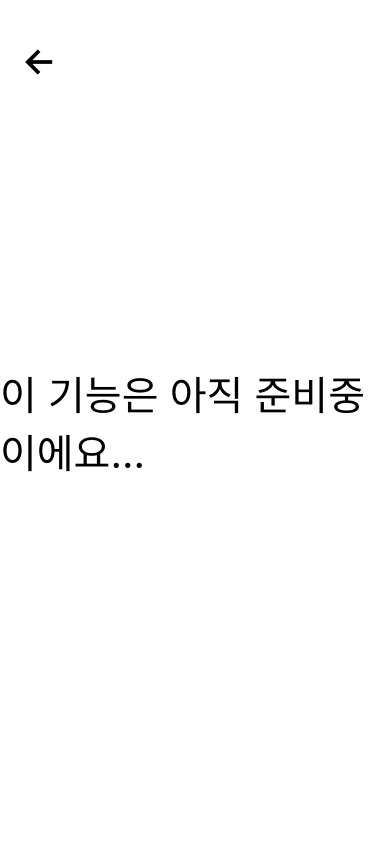
Repository: Unique0902/GachiDutch
Screen: /Ready
These files come from the project's save history. The screen is drawn as it stood at one moment and after the next save; the edit follows.
The app was drawn by React Native's web renderer in a window 390 px wide. The project was rebuilt for these pictures with package versions that can differ from the ones it lists, and the page was loaded fresh each time. Some packages were replaced by stand-ins written for this rebuild. Also part of the build but not shown: sources/components/lowBar/lowBar.jsx, sources/components/taxi/taxi.jsx, sources/components/user/user.jsx, sources/components/alarm/alert.js, sources/components/alarm/alarm.jsx, sources/components/dutch_history/dutch_history.jsx, sources/components/dutchpay_historys/dutchpay_historys.jsx, sources/components/delivery_historys/delivery_historys.jsx and 12 more.

Above is the screen before, as saved 2022-11-14 22:30:22.

After the next save:
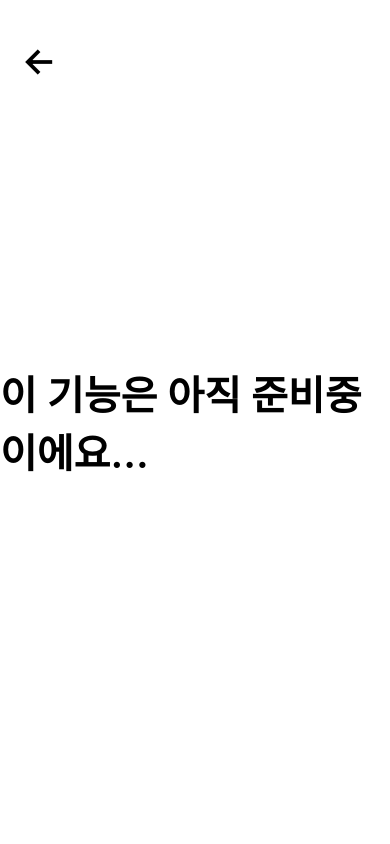
Saved 11 s later.
--- a/sources/components/ready/ready.jsx
+++ b/sources/components/ready/ready.jsx
@@ -28,6 +28,7 @@ const styles = StyleSheet.create({
   },
   readyText: {
     fontSize: 40,
+    fontWeight: '600',
   },
   backBtn: {
     position: 'absolute',
